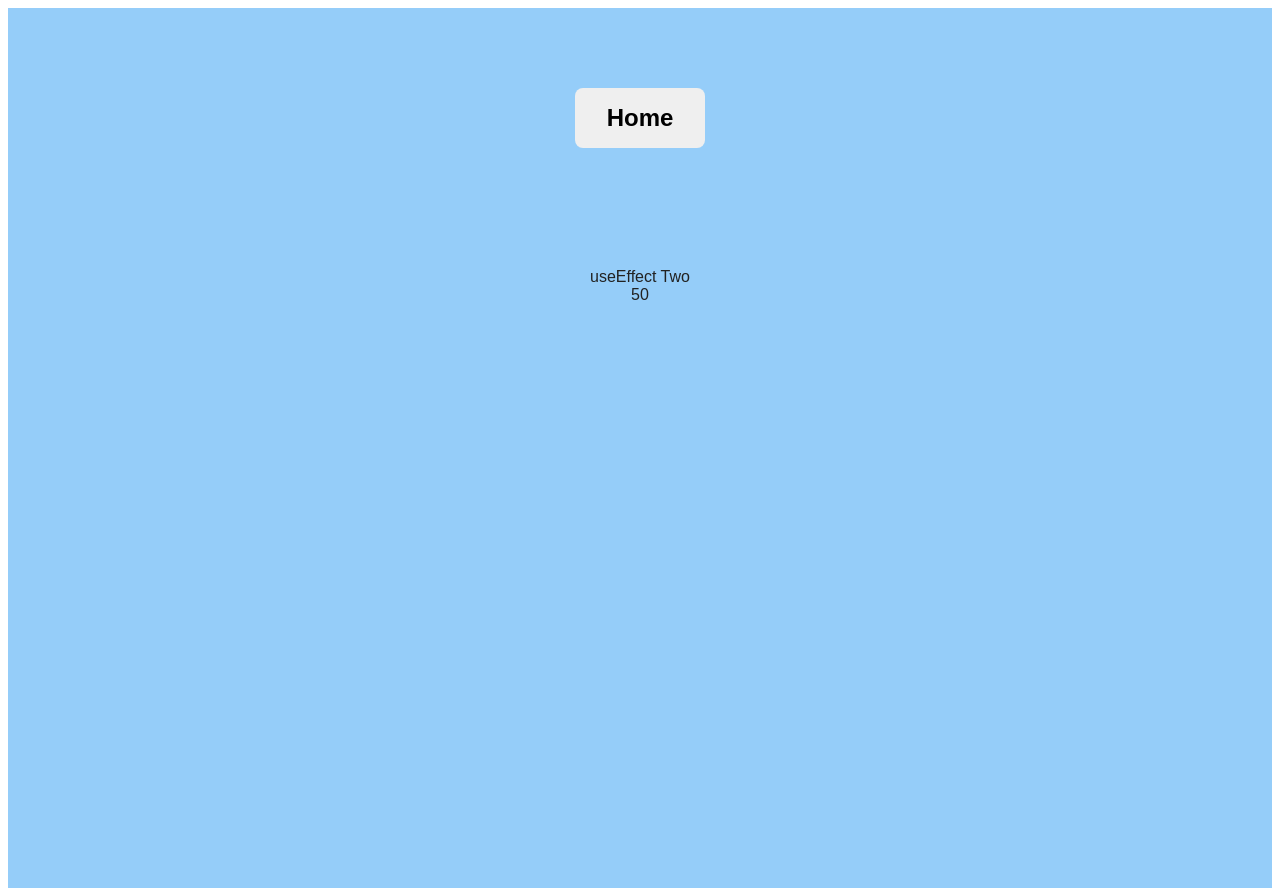
Repository: giovanabirck/class8
Page: /useEffectTwo
These files come from the project's save history. The page is drawn as it stood at one moment and after a run of saves; the edit follows.
The browser window is 1280 px wide. The pictures show the whole page.
The project was rebuilt for these pictures with package versions that can differ from the ones it lists, and the page was loaded fresh each time. The framework's server and built-in components were replaced by stand-ins that run in the browser. Also part of the build but not shown: next.config.js.

Above is the page before, as saved 2023-02-23 18:10:30.

After the next 2 saves:
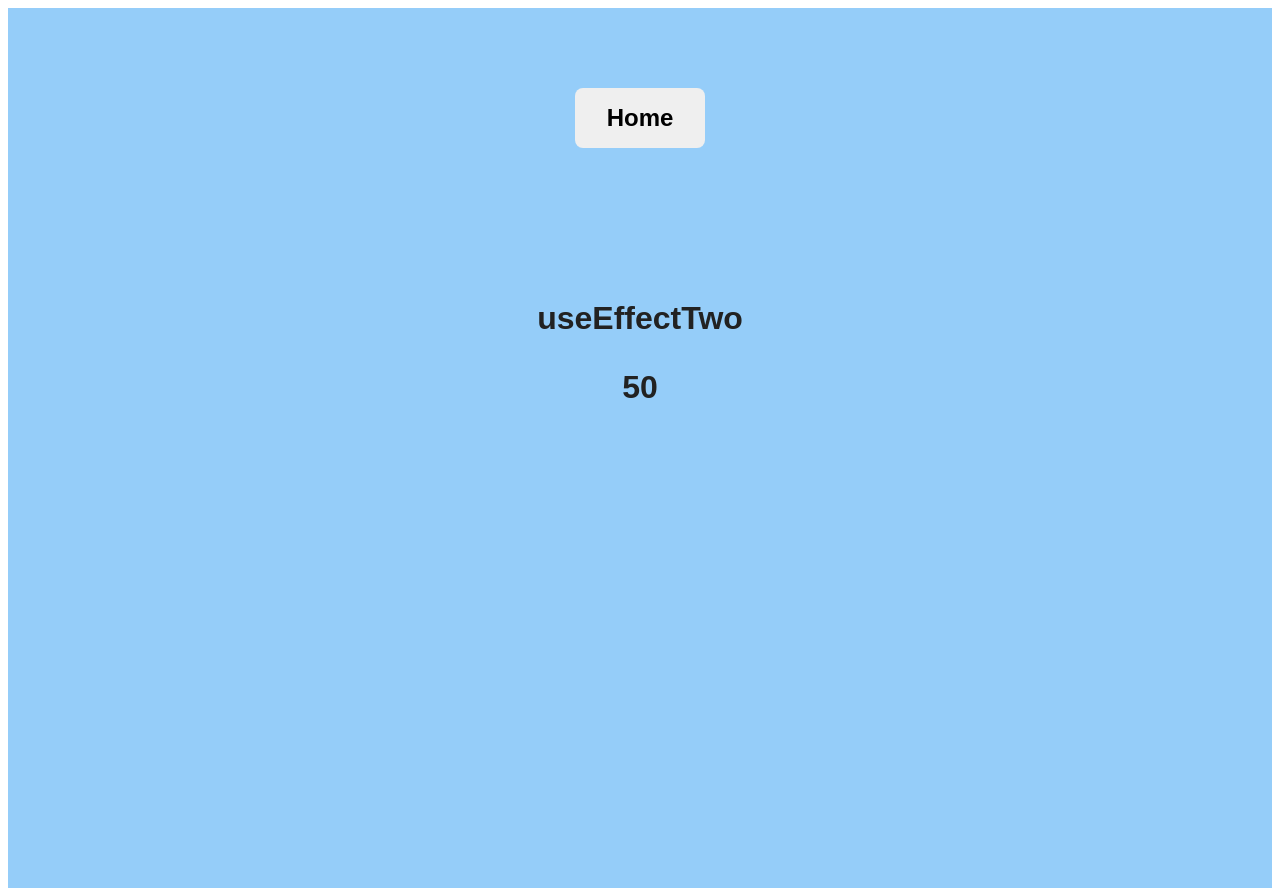
The 2 saves are shown as one change because they came seconds apart.
The last was saved 11 s later.
--- a/pages/useEffectTwo.js
+++ b/pages/useEffectTwo.js
@@ -22,12 +22,13 @@ export default function useEffectTwo() {
                     </Link>
                 </div>
 
-                <div>
-                    useEffect Two
-                </div>
-
-                <div>
-                    {number}
+                <div className={styles.content}>
+                    <div className={styles.content_title}>
+                        useEffectTwo
+                    </div>
+                    <div>
+                        {number}
+                    </div>
                 </div>
 
             </main>
